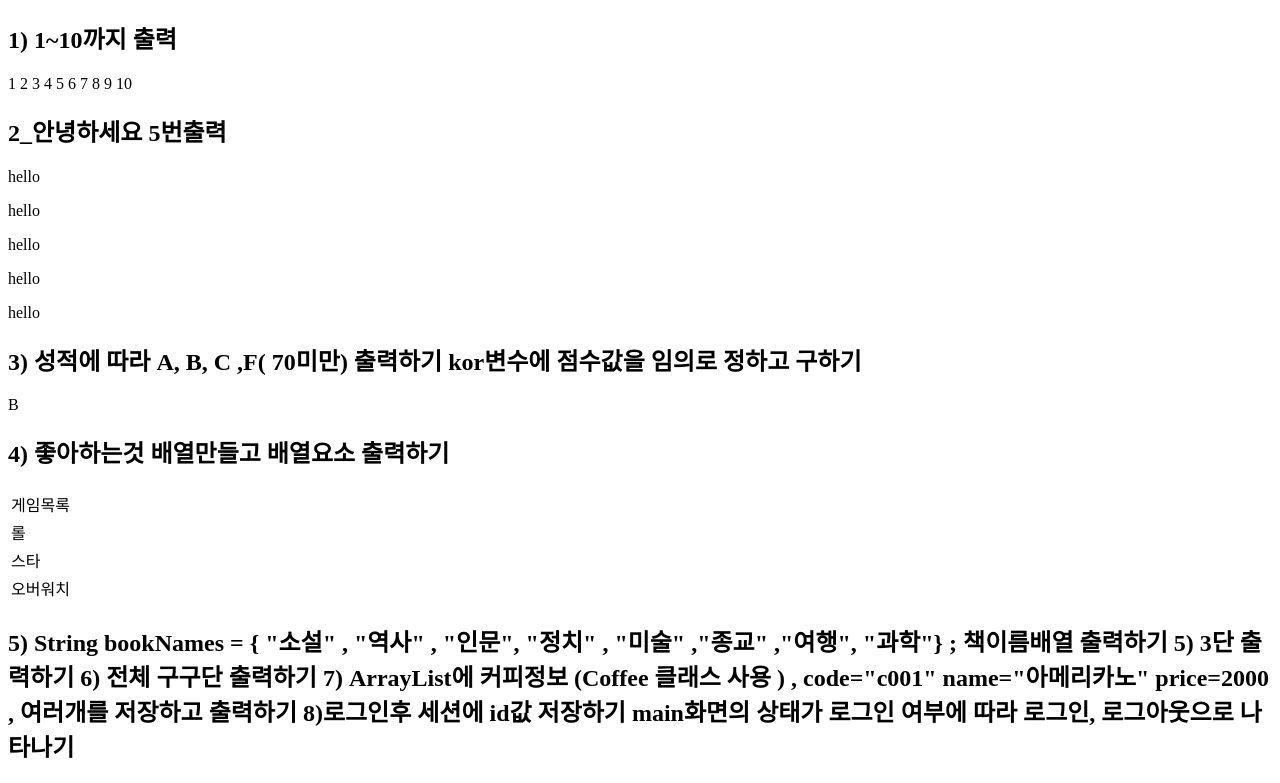
Repository: mvcfvsgdj/javaee
Page: http://localhost/ELprj0908/jstl8
An editor plug-in stored every save of this project. The page is shown before and after the next save, followed by the edit.
The browser window is 1280 px wide. The pictures show the whole page.
The page is served by Tomcat 9. Other server files are loaded and not shown.

Above is the page before, as saved 2023-09-08 06:21:19.

### ELprj0908/src/main/webapp/WEB-INF/views/jstl8.jsp
<%@ page language="java" contentType="text/html; charset=UTF-8"
    pageEncoding="UTF-8"%>
<%@ page import="java.util.Date" %>
<%@ page import="java.time.LocalDate" %>

  <%@ taglib uri="http://java.sun.com/jsp/jstl/fmt" prefix="fmt" %>
  <%@ taglib uri="http://java.sun.com/jsp/jstl/core" prefix="c" %>


<!DOCTYPE html>
<html>
<head>
<meta charset="UTF-8">
<title>Insert title here</title>
</head>
<body>

<h2>1) 1~10까지 출력</h2>

<c:forEach var="i" begin = "1" end= "10">
		${i}</c:forEach>


<h2>2_안녕하세요 5번출력</h2>

<c:set var="hi" value="hello"/>
  <c:forEach begin="1" end="5" var="i">
        <p>${hi}</p>
    </c:forEach>

    <h2>3) 성적에 따라 A, B, C ,F( 70미만)  출력하기  kor변수에 점수값을 임의로 정하고 구하기</h2>


     <c:set var="kor"   value="87" />
 <c:if test="${kor }>=90}">장학금내놩</c:if>
<c:choose>
<c:when test="${kor>=90 }">A</c:when>
<c:when test="${kor>=80 }">B</c:when>
<c:when test="${kor>=70 }">C</c:when>
<c:otherwise>F</c:otherwise>
</c:choose>

    <h2>4) 좋아하는것 배열만들고 배열요소 출력하기  </h2>



    <table>
<tr>
<td>
게임목록
</td>
</tr>
<c:forEach var="game" items="${game}">
<tr>
<td>
${game}
</td>
</tr>
</c:forEach>
</table>


    <h2>



5) String bookNames = {  "소설" , "역사" , "인문",  "정치" , "미술" ,"종교" ,"여행", "과학"}  ;   책이름배열 출력하기
5) 3단 출력하기
6) 전체 구구단 출력하기
7) ArrayList에 커피정보 (Coffee 클래스 사용 ) ,  code="c001"   name="아메리카노"  price=2000 , 여러개를 저장하고
   출력하기
8)로그인후 세션에 id값 저장하기
main화면의 상태가 로그인 여부에 따라
로그인, 로그아웃으로 나타나기
    </h2>

</body>
</html>

### ELprj0908/src/main/java/elprj/Jstl8.java
package elprj;

import java.io.IOException;
import java.util.ArrayList;

import javax.servlet.ServletException;
import javax.servlet.annotation.WebServlet;
import javax.servlet.http.HttpServlet;
import javax.servlet.http.HttpServletRequest;
import javax.servlet.http.HttpServletResponse;
import javax.servlet.http.HttpSession;

@WebServlet("/jstl8")
public class Jstl8 extends HttpServlet {

	@Override
	protected void doGet(HttpServletRequest req, HttpServletResponse resp) throws ServletException, IOException {


	    String[] game = { "롤" , "스타", "오버워치" };

	    String[] bookNames = {  "소설" , "역사" , "인문",  "정치" , "미술" ,"종교" ,"여행", "과학"}  ;


	    req.setAttribute("game", game);
	    req.setAttribute("bookName", bookNames);
		req.getRequestDispatcher("WEB-INF/views/jstl8.jsp").forward(req, resp);
	}
}

After the next save:
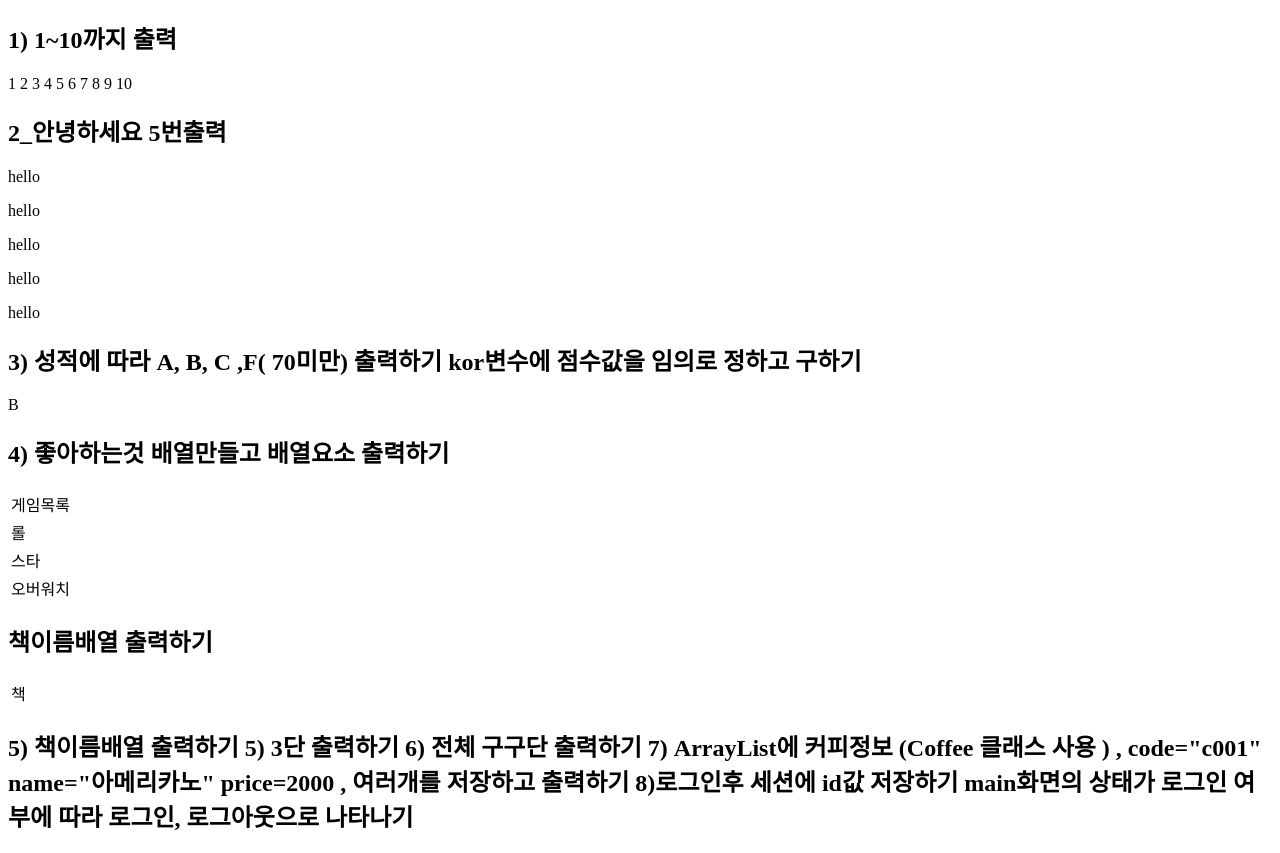
Saved 52 s later.
--- a/ELprj0908/src/main/webapp/WEB-INF/views/jstl8.jsp
+++ b/ELprj0908/src/main/webapp/WEB-INF/views/jstl8.jsp
@@ -58,13 +58,28 @@ ${game}
 </tr>
 </c:forEach>
 </table>
+    <h2>책이름배열 출력하기</h2>
 
+        <table>
+<tr>
+<td>
+책
+</td>
+</tr>
+<c:forEach var="book" items="${book}">
+<tr>
+<td>
+${book}
+</td>
+</tr>
+</c:forEach>
+</table>
 
     <h2>
 
 
 
-5) String bookNames = {  "소설" , "역사" , "인문",  "정치" , "미술" ,"종교" ,"여행", "과학"}  ;   책이름배열 출력하기
+5)    책이름배열 출력하기
 5) 3단 출력하기
 6) 전체 구구단 출력하기
 7) ArrayList에 커피정보 (Coffee 클래스 사용 ) ,  code="c001"   name="아메리카노"  price=2000 , 여러개를 저장하고
